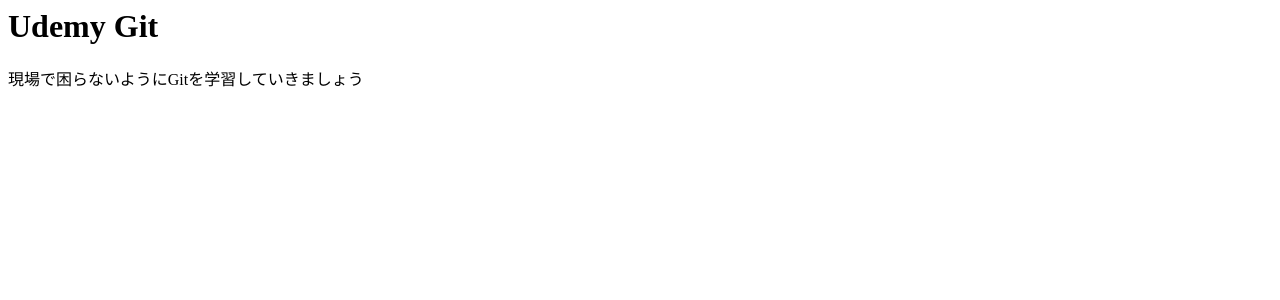
Repository: yaemiya/udemy-git
Page: index.html
The author's editor kept a copy of each file at every save. The page is drawn from the files as they stood at one save, then again after the next save.
The browser window is 1280 px wide. The pictures show the whole page.

Above is the page before, as saved 2022-02-19 14:24:10.

### index.html
<html lang="ja">

<head>
    <meta charset="UTF-8">
    <meta name="viewport" content="width=device-width, initial-scale=1.0">
    <meta http-equiv="X-UA-Compatible" content="ie=edge">
    <title>Udemy Git</title>
</head>

<body>
    <h1>Udemy Git</h1>
    <p>現場で困らないようにGitを学習していきましょう</p>
</body>

</html>

After the next save:
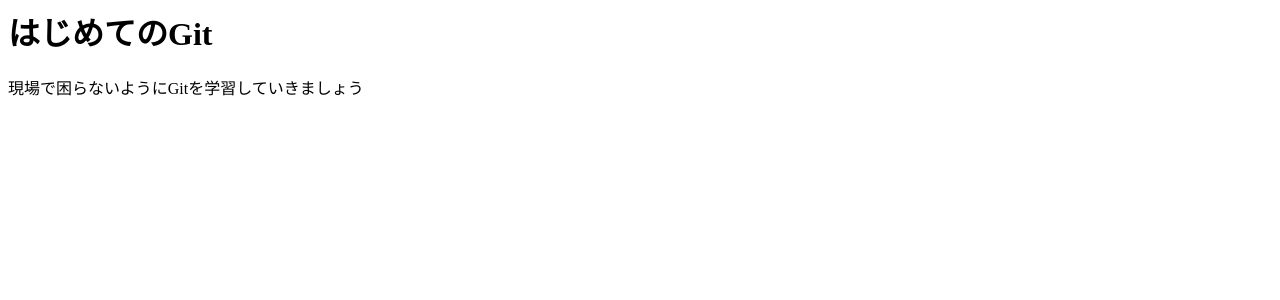
Saved 22 min 31 s later.
--- a/index.html
+++ b/index.html
@@ -8,7 +8,7 @@
 </head>
 
 <body>
-    <h1>Udemy Git</h1>
+    <h1>はじめてのGit</h1>
     <p>現場で困らないようにGitを学習していきましょう</p>
 </body>
 

After the 2 saves that followed:
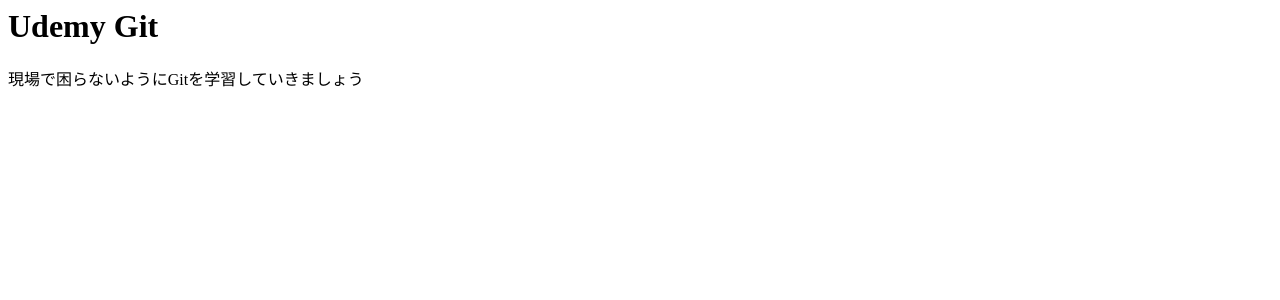
The 2 saves are shown as one change because they came seconds apart.
The last was saved 23 s later.
--- a/index.html
+++ b/index.html
@@ -8,7 +8,7 @@
 </head>
 
 <body>
-    <h1>はじめてのGit</h1>
+    <h1>Udemy Git</h1>
     <p>現場で困らないようにGitを学習していきましょう</p>
 </body>
 
